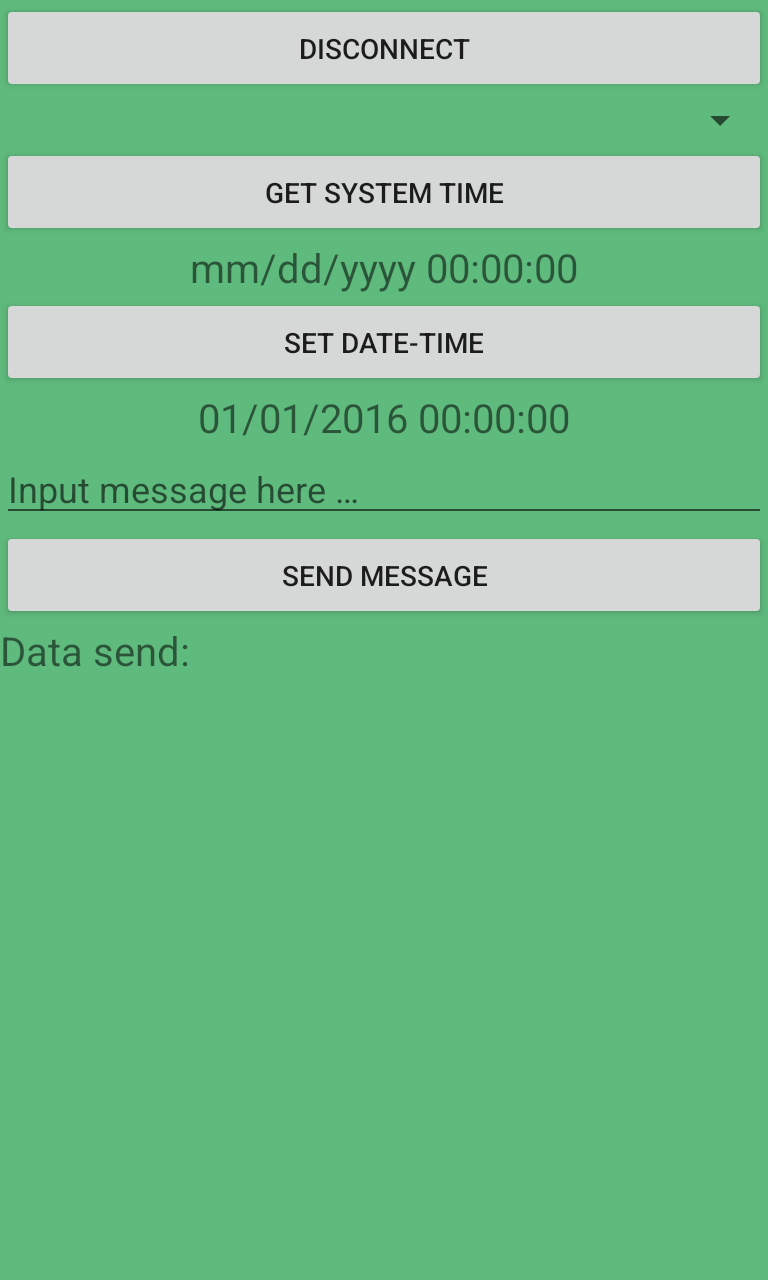
Repository: FisherKei/EclipseWorkspace
Layout: PIC_HC05_DS1307/PIC_HC06_DS1307/res/layout/timer_ds1307.xml
The author's editor kept a copy of each file at every save. The layout is drawn from the files as they stood at one save, then again after the next save.
It is drawn on a 768 x 1280 px phone screen (xhdpi) without system bars, with theme AppTheme; the app's code is not run.

Above is the layout before, as saved 2016-06-27 12:55:03.

### PIC_HC05_DS1307/PIC_HC06_DS1307/res/layout/timer_ds1307.xml
<LinearLayout xmlns:android="http://schemas.android.com/apk/res/android"
    xmlns:tools="http://schemas.android.com/tools"
    android:id="@+id/LinearLayout1"
    android:layout_width="match_parent"
    android:layout_height="match_parent"
    android:background="#5FBA7D"
    android:orientation="vertical" >

    <Button
        android:id="@+id/btnDisconnect"
        android:layout_width="match_parent"
        android:layout_height="wrap_content"
        android:text="@string/strBTDisconnect"/>

    <Spinner
        android:id="@+id/spinSetTimezone"
        android:layout_width="match_parent"
        android:layout_height="wrap_content" />

    <Button
        android:id="@+id/btnGetSysTime"
        android:layout_width="match_parent"
        android:layout_height="wrap_content"
        android:text="@string/strBtnGetSysTime"/>


    <TextView
        android:id="@+id/txtvSysTime"
        android:layout_width="wrap_content"
        android:layout_height="wrap_content"
        android:layout_gravity="center_horizontal"
        android:text="@string/strTimerVal"
        android:textSize="20sp" />

    <Button
        android:id="@+id/btnSetDateTime"
        android:layout_width="match_parent"
        android:layout_height="wrap_content"
        android:text="@string/strBtnSetDateTime"/>

    <TextView
        android:id="@+id/txtvTimeSelected"
        android:layout_width="wrap_content"
        android:layout_height="wrap_content"
        android:layout_gravity="center_horizontal"
        android:text="@string/strInitialDateTime"
        android:textSize="20sp" />

    <EditText
        android:id="@+id/editMessage"
        android:layout_width="match_parent"
        android:layout_height="wrap_content"
        android:singleLine="true"
        android:hint="@string/strSendMessage"/>

    <Button
        android:id="@+id/btnSendMessage"
        android:layout_width="match_parent"
        android:layout_height="wrap_content"
        android:text="@string/strBtnSend"/>

    <TextView
        android:layout_width="match_parent"
        android:layout_height="wrap_content"
        android:text="@string/strTxtvShowSendData"
        android:textSize="20sp" />

    <ScrollView
        android:layout_width="match_parent"
        android:layout_height="wrap_content">

        <TextView
            android:id="@+id/txtvMessages"
            android:layout_width="match_parent"
            android:layout_height="wrap_content"
            android:text=""/>
    </ScrollView>


</LinearLayout>

### PIC_HC05_DS1307/PIC_HC06_DS1307/res/values/strings.xml
<?xml version="1.0" encoding="utf-8"?>
<resources>

    <string name="app_name">PIC_HC06_DS1307</string>
    <string name="action_settings">Settings</string>
    <string name="title_activity_led_control">ledControl</string>
	<string name="strTimerVal">mm/dd/yyyy 00:00:00</string>
    <string name="strBtnGetSysTime">Get System Time</string>
    <string name="strBtnSetDateTime">Set Date-Time</string>
    <string name="strInitialDateTime">01/01/2016 00:00:00</string>
    <string name="strTxtvShowSendData">Data send:</string>
    <string name="strTabDate">DATE</string>
    <string name="strTabTime">TIME</string>
    <string name="strBTDisconnect">Disconnect</string>
    <string name="strSendMessage">Input message here &#8230;</string>
    <string name="strBtnSend">Send message</string>
    <string name="strBtnPaired">Paired Devices</string>

</resources>

Loaded but not shown: PIC_HC05_DS1307/PIC_HC06_DS1307/res/values/styles.xml (common file); PIC_HC05_DS1307/PIC_HC06_DS1307/res/values-v11/styles.xml (common file); PIC_HC05_DS1307/PIC_HC06_DS1307/res/values-v14/styles.xml (common file)

After the next save:
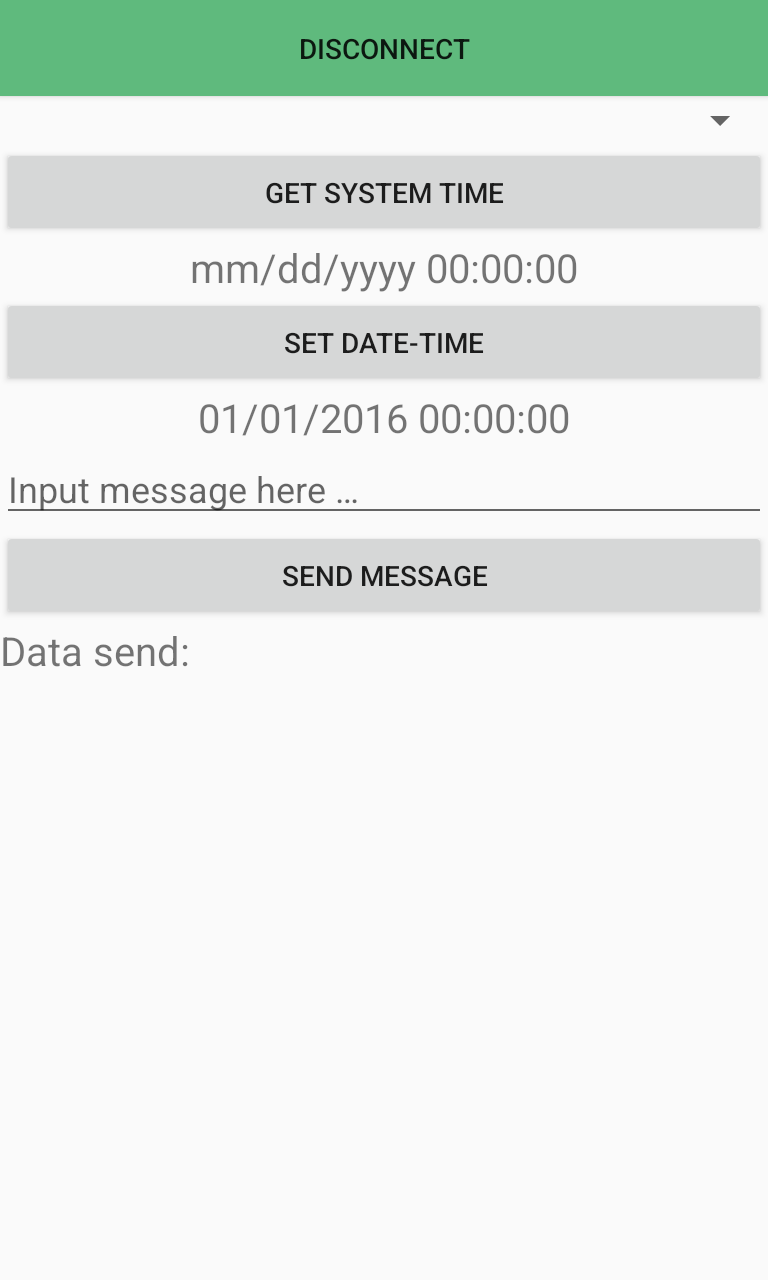
Saved 49 s later.
--- a/PIC_HC05_DS1307/PIC_HC06_DS1307/res/layout/timer_ds1307.xml
+++ b/PIC_HC05_DS1307/PIC_HC06_DS1307/res/layout/timer_ds1307.xml
@@ -3,13 +3,14 @@
     android:id="@+id/LinearLayout1"
     android:layout_width="match_parent"
     android:layout_height="match_parent"
-    android:background="#5FBA7D"
     android:orientation="vertical" >
 
     <Button
         android:id="@+id/btnDisconnect"
         android:layout_width="match_parent"
         android:layout_height="wrap_content"
+        android:background="#5FBA7D"
+        android:textSize=""
         android:text="@string/strBTDisconnect"/>
 
     <Spinner
